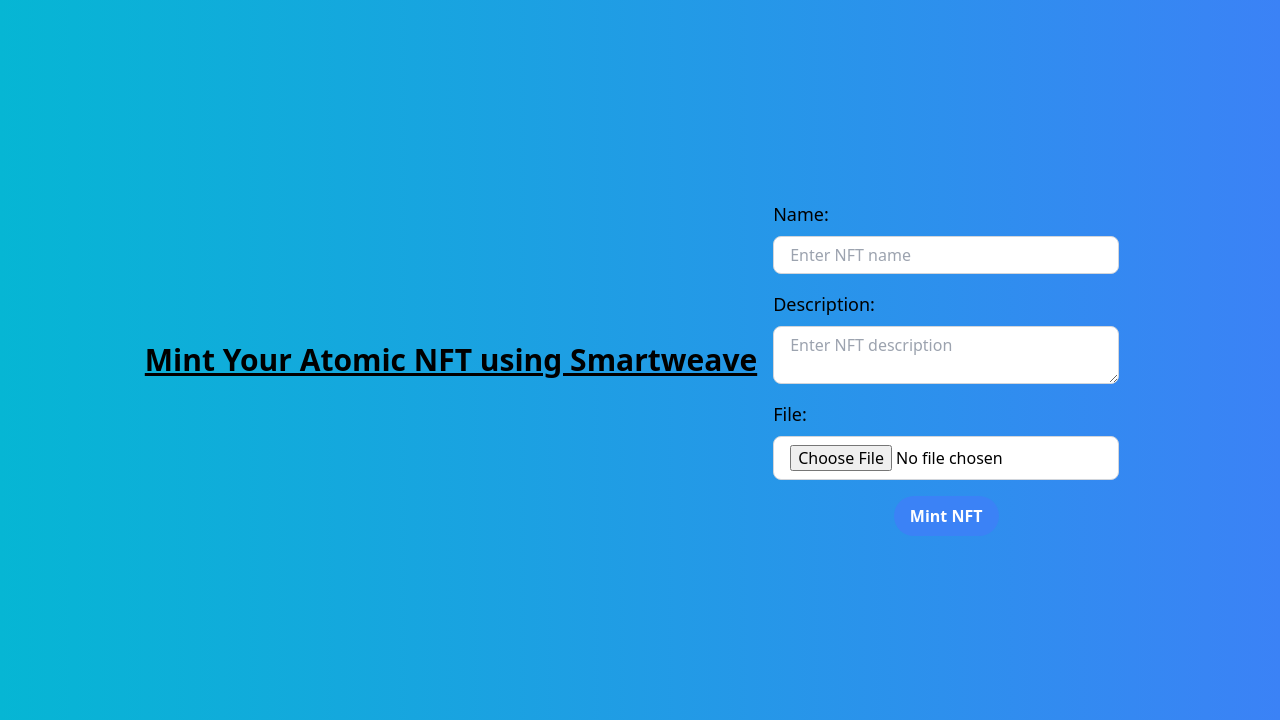
Repository: pawelpiwowarski/arweave-nft
Page: /
These files come from the project's save history. The page is drawn as it stood at one moment and after the next save; the edit follows.
The browser window is 1280 px wide. The pictures show the whole page.
The project was rebuilt for these pictures with package versions that can differ from the ones it lists, and the page was loaded fresh each time. The framework's server and built-in components were replaced by stand-ins that run in the browser.

Above is the page before, as saved 2023-01-30 14:44:14.

After the next save:
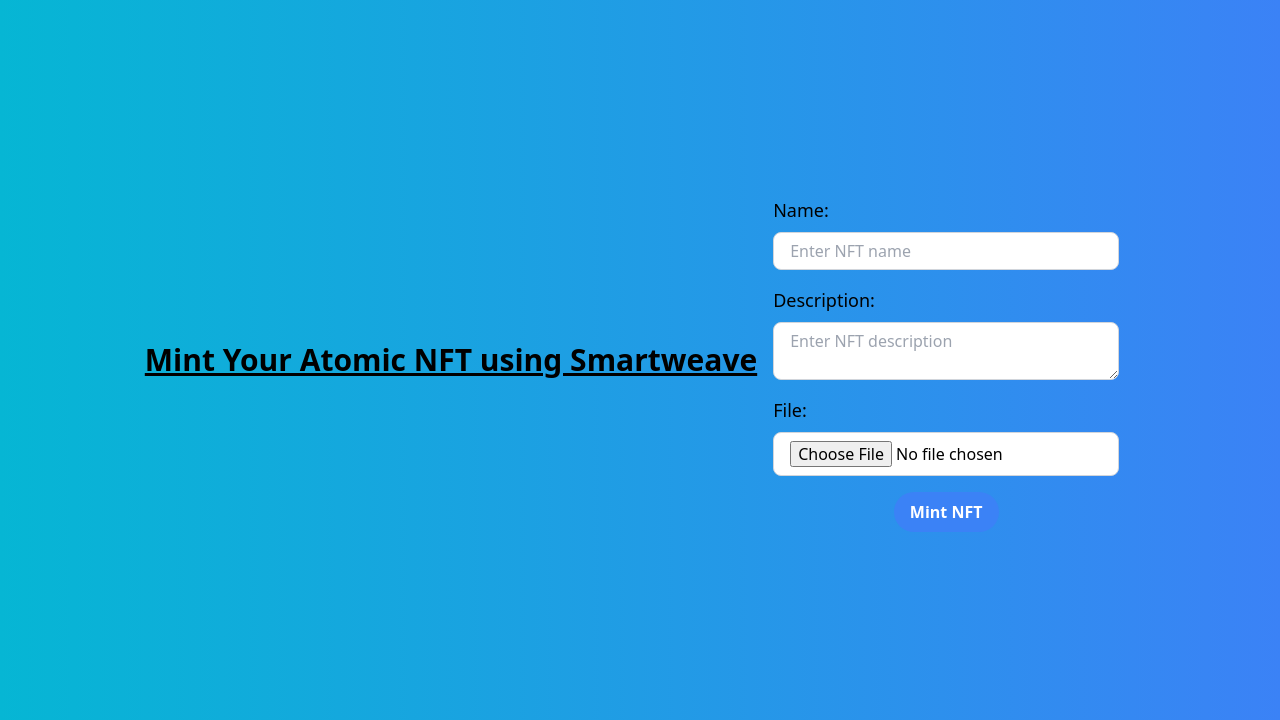
Saved 22 s later.
--- a/pages/index.tsx
+++ b/pages/index.tsx
@@ -83,7 +83,14 @@
 
       Mint NFT
     </button>
+
   </div>
+
+
+  <div className="flex justify-center">
+    <p className="text-lg font-medium mb-2" >{respoonse}</p>
+  </div>
+
 </form>
 
 
